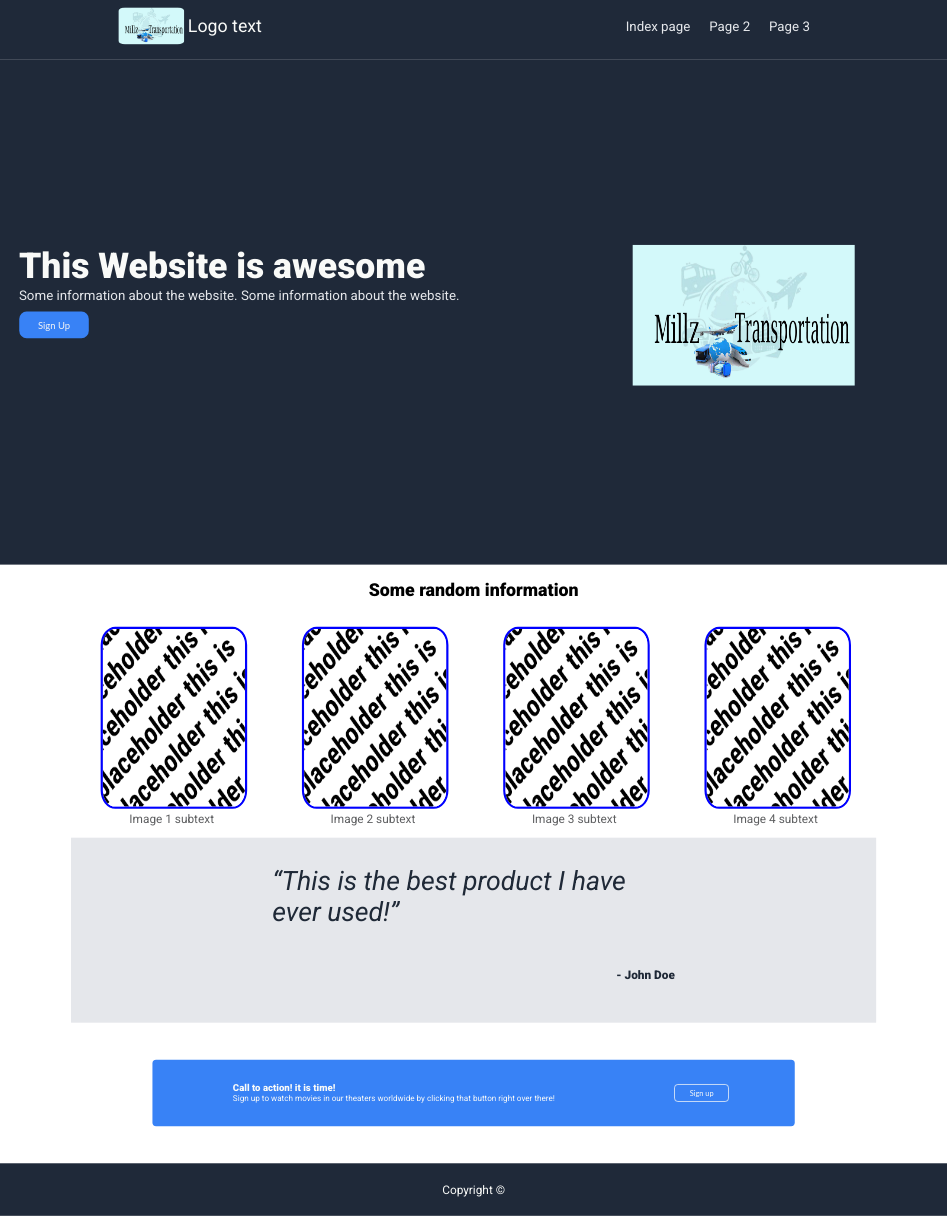
Repository: MikkyPrestige/css-assignment
Page: index.html
These files come from the project's save history. The page is drawn as it stood at one moment and after the next save; the edit follows.
The browser window is 1280 px wide. The pictures show the whole page, at 74% of full size.

Above is the page before, as saved 2023-04-27 03:09:18.

### index.html
<!DOCTYPE html>
<html lang="en">

<head>
  <meta charset="UTF-8">
  <meta http-equiv="X-UA-Compatible" content="IE=edge">
  <meta name="viewport" content="width=device-width, initial-scale=1.0">
  <link rel="stylesheet" href="./styles/index.css">
  <title>Assignment</title>
</head>

<body>
  <header>
    <div class="header">
      <div class="header-logo">
        <img src="./images/TransportationIcon3.jpg" alt="Company logo">
        <p>Logo text</p>
      </div>
      <nav>
        <a class="header-link" href="./index.html">Index page</a>
        <a class="header-link" href="./pages/extraPage1.html">Page 2</a>
        <a class="header-link" href="./pages/extraPage2.html">Page 3</a>
      </nav>
    </div>
  </header>

  <main>
    <!-- Claimed by Ashley -->
    <div class="Section_1">
      <div class="Header_body">
        <div>
          <div class="Header_title">
            This Website is awesome
          </div>
          <div class="Header_text">
            Some information about the website. Some information about the website.
          </div>
          <button class="Header_btn">Sign Up</button>
        </div>
        <img class="headerImage" src="./images/TransportationIcon3.jpg" alt="icon" />
      </div>
    </div>

    <!-- Claimed by Owen -->
    <div id="Section2">
      <h2>Some random information</h2>
      <div class="flex-image-container">
        <figure class="main-image">
          <img src="./images/placeholder1.png" alt="placeholder">
          <figcaption>Image 1 subtext</figcaption>
        </figure>
        <figure class="main-image">
          <img src="./images/placeholder1.png" alt="placeholder">
          <figcaption>Image 2 subtext</figcaption>
        </figure>
        <figure class="main-image">
          <img src="./images/placeholder1.png" alt="placeholder">
          <figcaption>Image 3 subtext</figcaption>
        </figure>
        <figure class="main-image">
          <img src="./images/placeholder1.png" alt="placeholder">
          <figcaption>Image 4 subtext</figcaption>
        </figure>
      </div>

    </div>

    <!-- Claimed by Alex -->
    <section class="section-3">
      <Selection class="review-slider">
        <div class="review-container">
          <div class="review">
            <q class="review-text">This is the best product I have ever used!</q>
            <p class="review-author">- John Doe</p>
          </div>

          <div class="review">
            <q class="review-text">I love this product! It has made my life so much easier.</q>
            <p class="review-author">- Jane Smith</p>
          </div>

          <div class="review">
            <q class="review-text">I highly recommend this product to anyone.</q>
            <p class="review-author">- Tom Johnson</p>
          </div>

          <div class="review">
            <q class="review-text">This is the best product I have ever used!</q>
            <p class="review-author">- John Doe 2</p>
          </div>

          <div class="review">
            <q class="review-text">I love this product! It has made my life so much easier.</q>
            <p class="review-author">- Jane Smith 2</p>
          </div>

          <div class="review">
            <q class="review-text">I highly recommend this product to anyone.</q>
            <p class="review-author">- Tom Johnson 2</p>
          </div>
        </div>
      </Selection>
    </section>

    <section class="section4">
      <div class="section4-wrapper">
        <div class="section4-cta">
          <h2 class="section4-cta__title">Call to action! it is time!</h2>
          <p class="section4-cta__subtitle">Sign up to watch movies in our theaters worldwide by clicking
            that button right over there!
          </p>
        </div>
        <button class="section4-cta__btn">Sign up</button>
      </div>
    </section>
  </main>

  <footer>
    <div class="footer">
      <p>Copyright &copy</p>
    </div>
  </footer>
</body>

</html>

### styles/index.css
@import url('https://fonts.googleapis.com/css2?family=Roboto:ital,wght@0,400;0,900;1,400&display=swap');

/*  CSS variables defined here and referenced using var(--varName).
    Note: name must have '--' prefix */
:root {
  --review-count: 6;
}

body {
  font-family: 'Roboto', sans-serif;
  margin: 0;
}

/* CSS for page header */
header {
  padding-top: 10px;
  padding-bottom: 20px;
  background-color: #1F2939;
}

.header {
  margin: auto;
  height: 50px;
  width: 75%;
  display: flex;
  justify-content: space-between;
}

@media (max-width: 800px) {
  .header {
    flex-direction: column;
    align-items: center;
    height: 100px;
  }
}

.header nav {
  width: 300px;
  display: flex;
  justify-content: space-evenly;
}

.header-logo {
  display: flex;
  height: 100%;
  align-items: center;
}

@media (max-width: 800px) {
  .header-logo {
    height: 65%;
  }
}

.header-logo img {
  height: 100%;
  border-radius: 10%;
}

.header-logo p {
  padding-left: 5px;
  font-size: 24px;
  color: #F9FAF8;
}

.header-link {
  font-size: 18px;
  color: #E5E7EB;
  align-self: center;
}

.header-link:link {
  text-decoration: none;
}

.header-link:visited {
  text-decoration: none;
}

.header-link:hover {
  text-decoration: underline;
}

.header-link:active {
  text-decoration: none;
}

/*Css for Section 1 of the index */

.Section_1 {
  background-color: #1F2939;
  padding-left: 2%;
}

h1 {
  font-size: 24px;
  color: #F9FAF8;
}

.Header_body {
  display: flex;
  justify-content: space-between;
  padding-top: 20%;
	height: 60vh;
}

.Header_title {
  font-size: 48px;
  color: #F9FAF8;
  font-weight: 800;
}

.Header_text {
  font-size: 18px;
  color: #E5E7EB;
  padding-bottom: 2%
}

.Header_btn {
  padding: .8em 2em;
  border-radius: 10px;
  border: none;
  background-color: #3882F6;
  color: whitesmoke;
  font-family: 'Lato', sans-serif;
  font-size: .8em;
}

.headerImage {
  height: 190px;
  width: 300px;
  padding-right: 10%;
}

/* Css for Section 2 of the index */
#Section2 {
  text-align: center;
  width: 75%;
  margin: auto;
}

.flex-image-container {
  display: flex;
  flex-direction: row;
  flex-wrap: nowrap;
  justify-content: center;
  align-items: stretch;
  align-content: center;
}

@media (max-width: 800px) {
  .flex-image-container {
    flex-direction: column;
  }
}

.main-image {
  min-width: 20%;
}

.main-image img {
  width: 100%;
  height: 15em;
  border: 3px blue;
  border-style: solid;
  border-radius: 10%;
}

.main-image figcaption {
  color: #5e5f61;
}

/* CSS for section 3 of index */
.section-3 {
  height: 250px;
  width: 85%;
  background-color: #E5E7EB;
  display: flex;
  justify-content: center;
  align-items: center;
  margin: auto;
}

/* Automatic slideshow */
.review-slider {
  position: relative;
  margin: auto;
  width: 50%;
  height: 100%;
  overflow: hidden;
}

@media (max-width: 800px) {
  .review-slider {
    width: 75%;
  }
}

.review-slider .review-container {
  position: absolute;
  width: calc(100% * var(--review-count));
  height: 100%;
  top: 0;
  left: 0;
  overflow: hidden;
  animation: slider 26s infinite;
}

.review-slider .review-container .review {
  position: relative;
  width: calc(100% / var(--review-count));
  height: 100%;
  display: flex;
  flex-direction: column;
  justify-content: space-evenly;
  float: left;
  overflow: hidden
}

.review-text {
  font-size: 36px;
  font-weight: 300;
  font-style: italic;
  color: #1F2937;
}

.review-author {
  font-weight: bold;
  color: #1F2937;
  align-self: end;
}

.section4 {
  height: 100%;
  width: 100%;
  padding: 50px 0;
}

.section4-wrapper {
  display: flex;
  justify-content: space-around;
  align-items: center;
  width: 60%;
  background-color: #3882F6;
  margin: 0 auto;
  padding: 0 50px;
  border-radius: 5px;
  -webkit-border-radius: 5px;
  -moz-border-radius: 5px;
  -ms-border-radius: 5px;
  -o-border-radius: 5px;
}

.section4-cta {
  flex-basis: 65%;
  padding: 20px;
}

.section4-cta__title {
  font-size: 13px;
  color: #F9FAF8;
}

.section4-cta__subtitle {
  font-size: 11px;
  color: #F9FAF8;
  margin-top: -10px;
}

.section4-cta__btn {
  padding: 5px 20px;
  border-radius: 5px;
  border: 1px solid #F9FAF8;
  background-color: #3882F6;
  color: #F9FAF8;
  font-family: 'Lato', sans-serif;
  font-size: 10px;
}

@media screen and (max-width: 600px) {
  .section4-wrapper {
    flex-direction: column;
    width: 50%;
    padding: 10px 0;
  }

  .section4-cta {
    flex-basis: 100%;
  }

  .section4-cta__title {
    font-size: 10px;
  }

  .section4-cta__subtitle {
    font-size: 8px;
    margin-top: -5px;
    line-height: 12px;
  }
}

@keyframes slider {

  0%,
  25%,
  100% {
    left: 0
  }

  30%,
  55% {
    left: -100%
  }

  60%,
  85% {
    left: -200%
  }
}

/* CSS for page footer */
footer {
  padding-top: 10px;
  padding-bottom: 10px;
  color: #F9FAF8;
  background-color: #1F2939;
}

.footer {
  margin: auto;
  width: 75%;
  text-align: center;
}

After the next save:
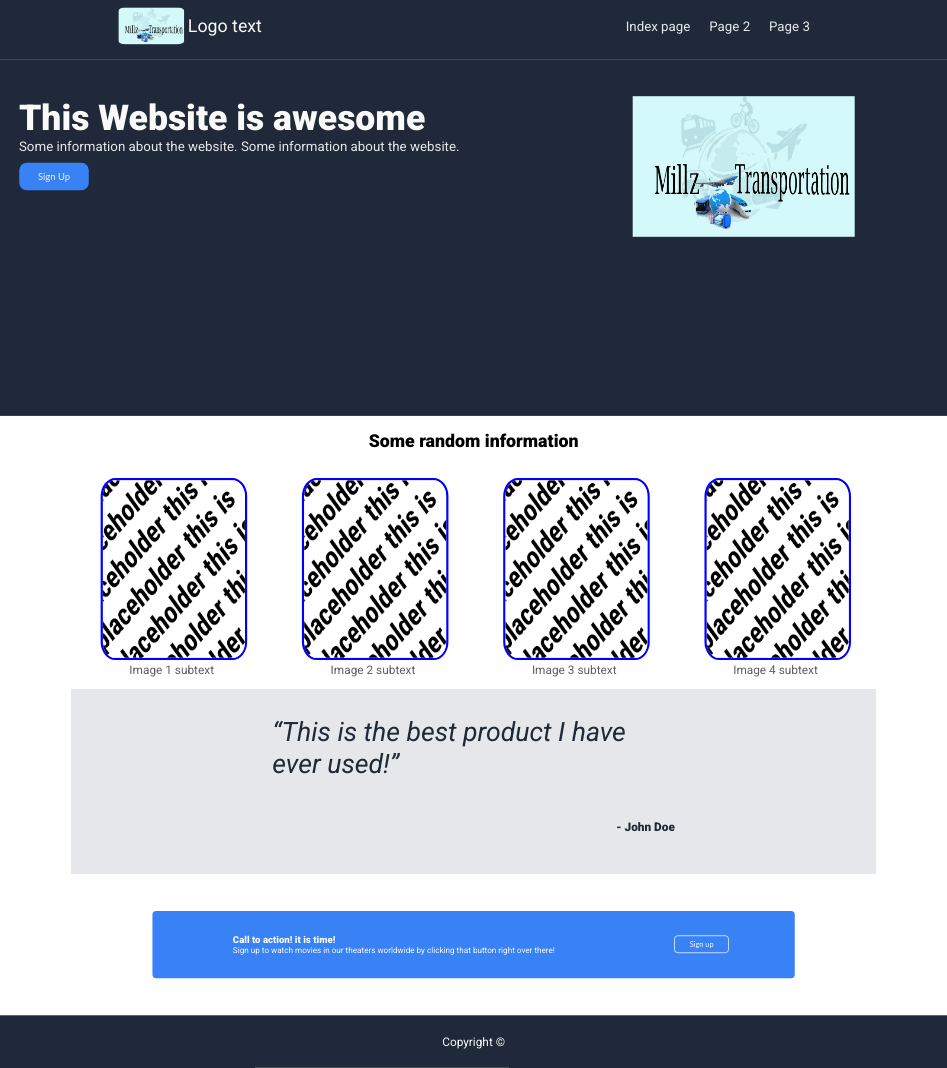
Saved 5 s later.
--- a/styles/index.css
+++ b/styles/index.css
@@ -100,7 +100,7 @@
 .Header_body {
   display: flex;
   justify-content: space-between;
-  padding-top: 20%;
+  padding-top: 4%;
 	height: 60vh;
 }
 
